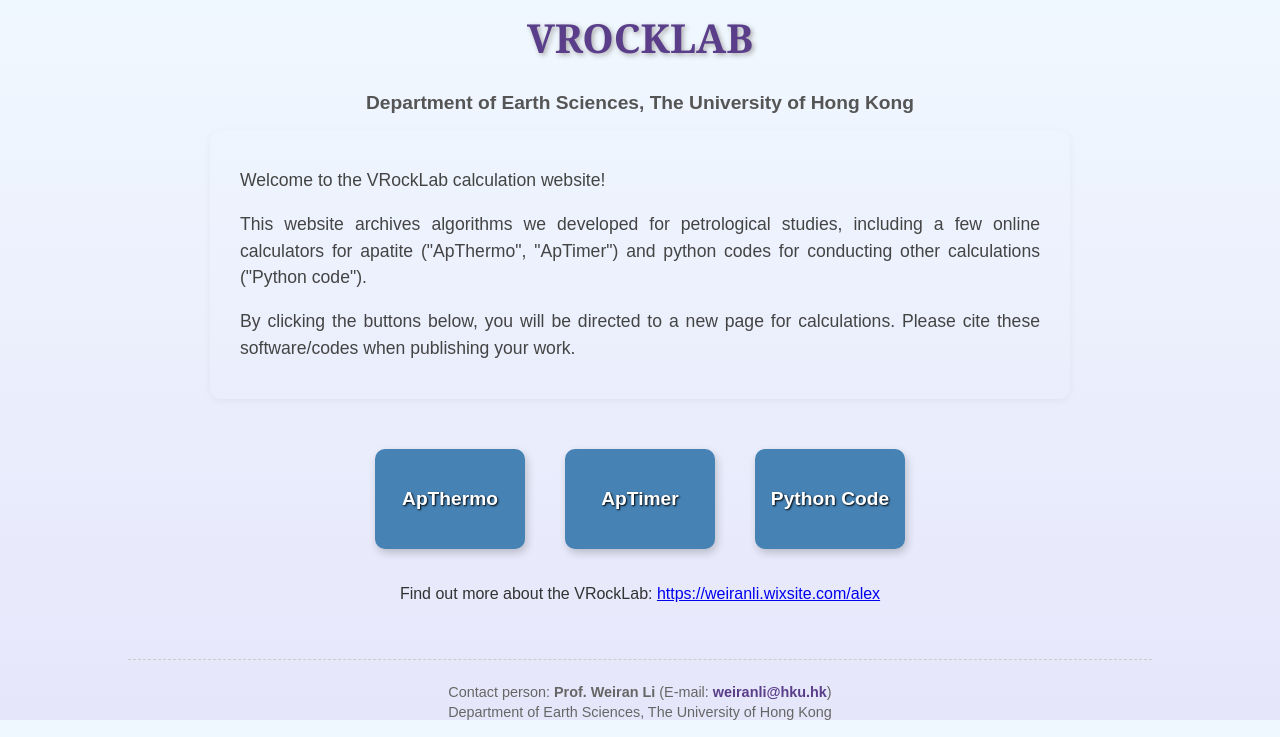
Repository: Abyss2019/home_page
Page: index.html
The author's editor kept a copy of each file at every save. The page is drawn from the files as they stood at one save, then again after the next save.
The browser window is 1280 px wide. The pictures show the whole page.

Above is the page before, as saved 2025-04-06 10:47:01.

### index.html
<!DOCTYPE html>
<html lang="en">
<head>
    <meta charset="UTF-8">
    <meta name="viewport" content="width=device-width, initial-scale=1.0">
    <title>VROCKLAB</title>
    <style>
        body {
            font-family: Arial, sans-serif;
            margin: 0;
            padding: 0;
            /* background-image: url('./bg.webp'); */
            background: linear-gradient(to bottom, #f0f8ff, #e6e6fa);
            color: #333;
            display: flex;
            flex-direction: column;
            align-items: center;
            justify-content: center;
            height: 100vh;
        }

        header {
            text-align: center;
            /* margin-bottom: 30px; */
        }

        header h1 {
            font-size: 2.5em;
            font-family: 'Georgia', serif;
            text-shadow: 2px 2px 5px #aaa;
            color: #5a3e8a;
        }



        header h2 {
            font-size: 1.2em;
            margin-top: 5px;
            color: #555;
        }

        .intro {
        font-size: 1.1em;
        line-height: 1.5;
        text-align: justify;
        color: #444;
        /* background-color: #f2f6ff; */
        padding: 20px 30px;
        border-radius: 12px;
        box-shadow: 0 2px 8px rgba(0,0,0,0.05);
        max-width: 800px;
        }

        /* .indent p {
        text-indent: 2em;
        margin-bottom: 1em;
        } */


        .buttons-container {
            display: flex;
            gap: 40px;
            justify-content: justify;
            margin: 20px 0;
            margin-top: 50px;
        }

        .button {
            display: flex;
            align-items: center;
            justify-content: center;
            width: 150px;
            height: 100px;
            background-color: #4682b4;
            border-radius: 10px;
            box-shadow: 2px 4px 8px rgba(0, 0, 0, 0.2);
            color: #fff;
            font-size: 1.2em;
            font-weight: bold;
            text-decoration: none;
            text-shadow: 1px 1px 2px #000;

        }
        .button:hover{
          transform: scale(1.05);
        }


        footer {
        font-size: 0.9em;
        /* margin-top: 40px; */
        /* padding: 15px 0; */
        text-align: center;
        color: #666;
        line-height: 1.4;
        }

        footer a {
        color: #5a3e8a;
        text-decoration: none;
        font-weight: bold;
        }

        footer a:hover {
        text-decoration: underline;
        }
    </style>
</head>
<body>
    <header>
        <h1>VROCKLAB</h1>
        <h2>Department of Earth Sciences, The University of Hong Kong</h2>
    </header>


    <div class="intro indent">
    <p>Welcome to the VRockLab calculation website!</p>
    <p>This website archives algorithms we developed for petrological studies, including a few online calculators for apatite ("ApThermo", "ApTimer") and python codes for conducting other calculations ("Python code").</p>
    <p>By clicking the buttons below, you will be directed to a new page for calculations. Please cite these software/codes when publishing your work.</p>
    </div>


    <div class="buttons-container">
        <a href="https://vrocklab.hku.hk/ApThermo/" target="_blank" class="button">ApThermo</a>
        <a href="https://vrocklab.hku.hk/ApTimer/" target="_blank" class="button">ApTimer</a>
        <a href="https://vrocklab.hku.hk/python-code/" target="_blank" class="button">Python Code</a>
    </div>
    <p>
        Find out more about the VRockLab:
        <a href="https://weiranli.wixsite.com/alex" target="_blank">https://weiranli.wixsite.com/alex</a>
    </p>


    <hr style="width: 80%; margin-top: 40px; border: none; border-top: 1px dashed #ccc;">
    <footer>
        <p>
            Contact person: <strong>Prof. Weiran Li</strong> (E-mail:
            <a href="mailto:weiranli@hku.hk">weiranli@hku.hk</a>)<br>
            Department of Earth Sciences, The University of Hong Kong
        </p>
    </footer>
</body>
</html>

After the next save:
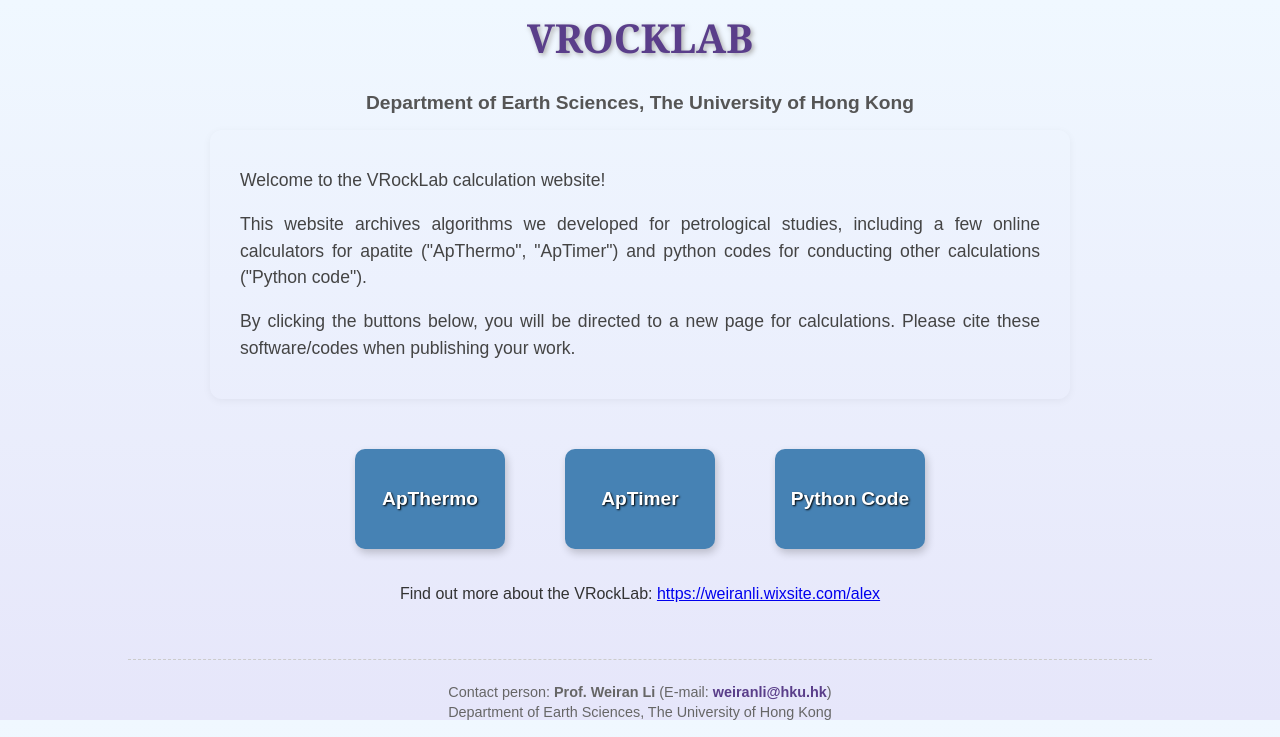
Saved 7 s later.
--- a/index.html
+++ b/index.html
@@ -59,7 +59,7 @@
 
         .buttons-container {
             display: flex;
-            gap: 40px;
+            gap: 60px;
             justify-content: justify;
             margin: 20px 0;
             margin-top: 50px;
